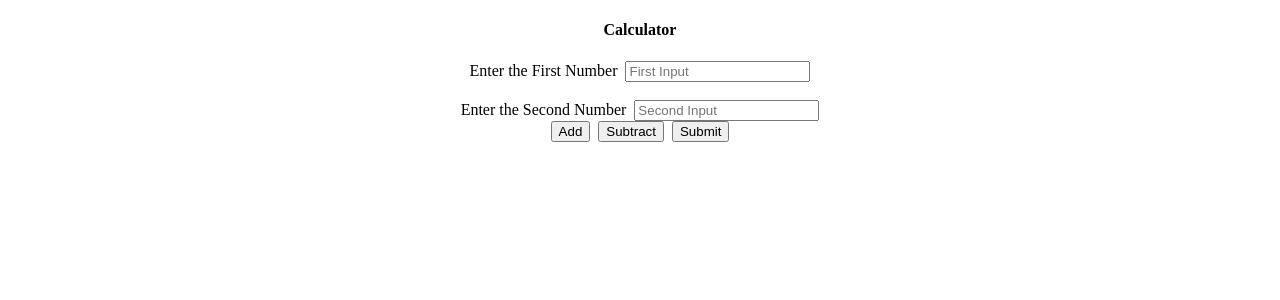
Repository: Shreyash1107/Intern_Projects
Page: Calculator/src/main/webapp/Calculator.html
These files come from the project's save history. The page is drawn as it stood at one moment and after the next save; the edit follows.
The browser window is 1280 px wide. The pictures show the whole page.

Above is the page before, as saved 2024-07-03 10:12:56.

### Calculator/src/main/webapp/Calculator.html
<!DOCTYPE html>
<html>
<head>
<meta charset="ISO-8859-1">
<title>Calculator</title>
</head>
<body>
		<center>
			<form>
				<div class="wrapper">
			<h4>Calculator</h4>
			<div class="container">
					<tr>
					<td>Enter the First Number</td>&nbsp;
						<td><input type="number" name="First" value="" placeholder="First Input"</td>
					</tr>
					<br><br>
					<tr>
						<td>Enter the Second Number</td>&nbsp;
						<td><input type="number" name="Second" value="" placeholder="Second Input"</td>
					</tr>
					<div class="Result">
					<input type="submit" name="a" value="Add">&nbsp;
					<input type="submit" name="b" value="Subtract">&nbsp;
					<input type="submit" name=""
					</div>
			</div>
		</div>
			</form>
		</center>
</body>
</html>

After the next save:
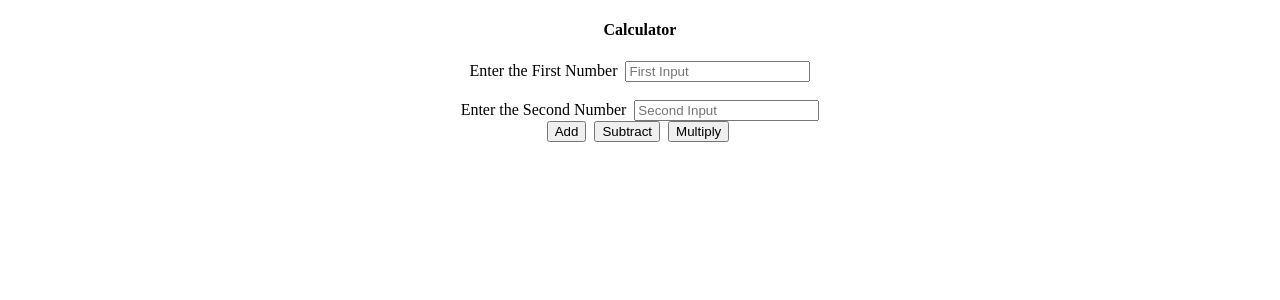
Saved 15 s later.
--- a/Calculator/src/main/webapp/Calculator.html
+++ b/Calculator/src/main/webapp/Calculator.html
@@ -22,7 +22,7 @@
 					<div class="Result">
 					<input type="submit" name="a" value="Add">&nbsp;
 					<input type="submit" name="b" value="Subtract">&nbsp;
-					<input type="submit" name=""
+					<input type="submit" name="c" value="Multiply">&nbsp;
 					</div>
 			</div>
 		</div>
